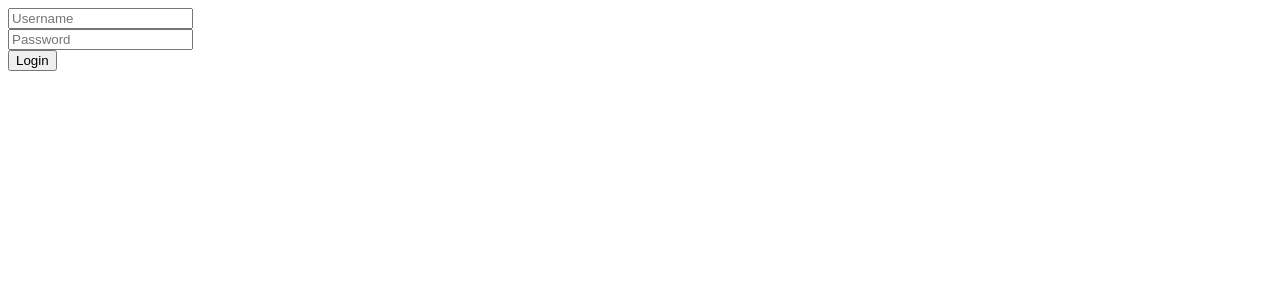
Repository: SarkarSubhajit/Advenced_Java
Page: FirstProject/src/main/webapp/login.html
These files come from the project's save history. The page is drawn as it stood at one moment and after the next save; the edit follows.
The browser window is 1280 px wide. The pictures show the whole page.

Above is the page before, as saved 2025-12-04 19:28:01.

After the next save:
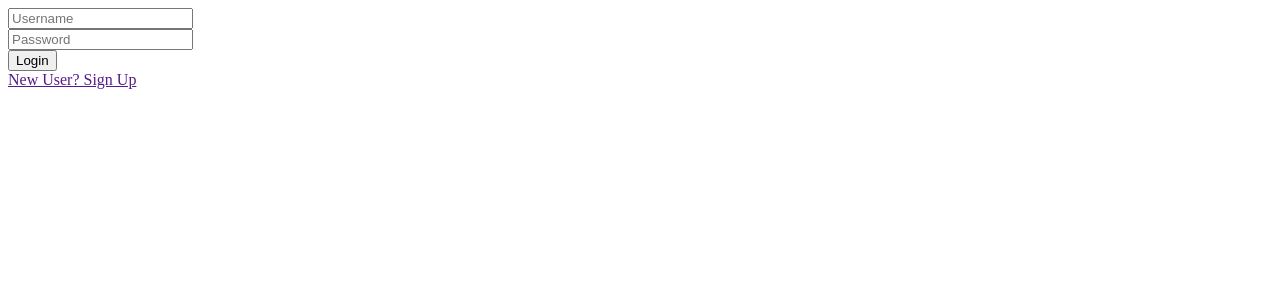
Saved 45 s later.
--- a/FirstProject/src/main/webapp/login.html
+++ b/FirstProject/src/main/webapp/login.html
@@ -10,6 +10,7 @@
 		<input type="password" name="password" placeholder="Password" /><br />
 
 		<input type="submit" value="Login" /><br />
+		<a href="">New User? Sign Up</a>
 	</form>
 </body>
 </html>
